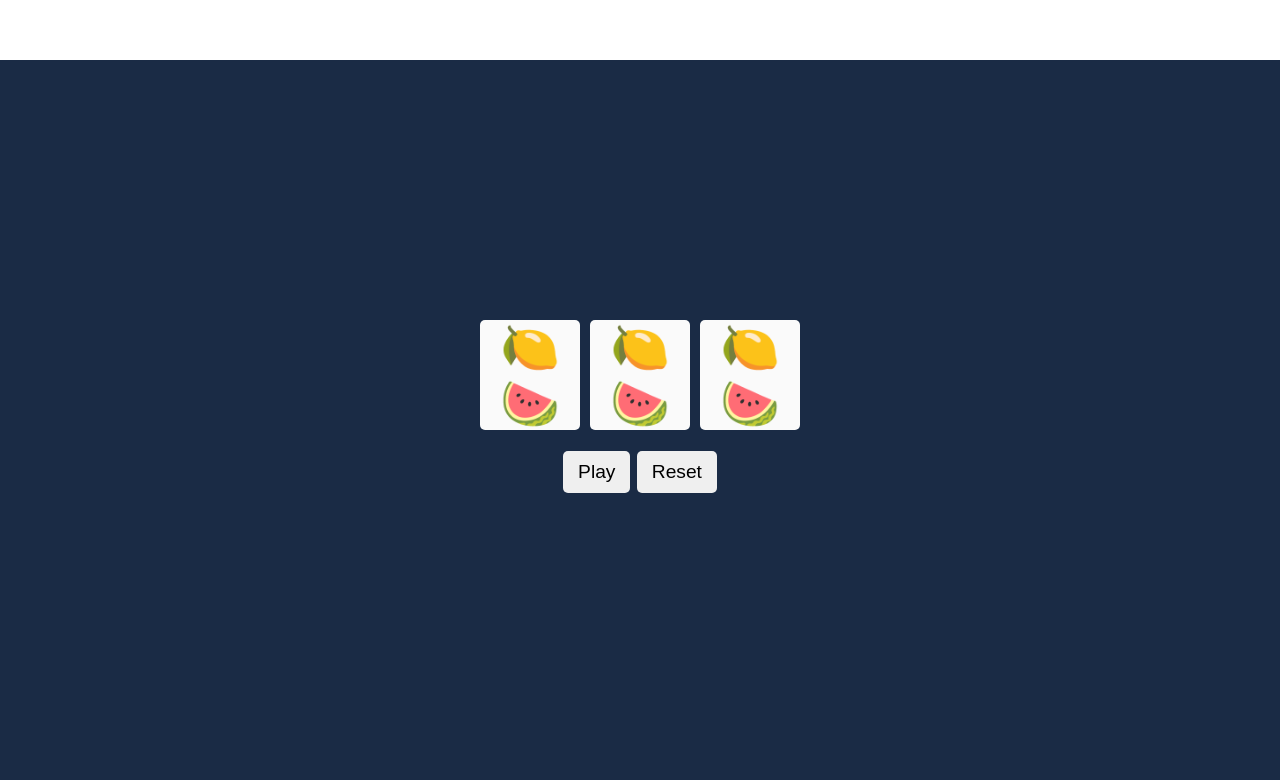
Repository: HERBOD7/slotmachine
Page: /
These files come from the project's save history. The page is drawn as it stood at one moment and after the next save; the edit follows.
The browser window is 1280 px wide. The pictures show the whole page.
The project was rebuilt for these pictures with package versions that can differ from the ones it lists, and the page was loaded fresh each time. Also part of the build but not shown: vue.config.js.

Above is the page before, as saved 2023-07-21 15:42:57.

### src/App.vue
<template>
  <div id="app">
    <div class="doors">
      <div class="door" v-for="i in 3" :key="i">
        <!-- <transition
          v-on:enter="enter"
          v-on:leave="leave"
        > -->
        <div class="boxes">
          <div class="box" v-for="(symbol, index) in symbols" :key="index">
            {{ symbol }}
          </div>
        </div>
        <!-- </transition> -->
      </div>
    </div>

    <div class="buttons">
      <button @click="spin" id="spinner">Play</button>
      <button @click="init" id="reseter">Reset</button>
    </div>
  </div>
</template>

<script>
// import HelloWorld from "./components/HelloWorld.vue";

export default {
  name: "App",
  components: {
    // HelloWorld,
  },
  data() {
    return {
      symbols: ["🍋", "🍉", "🍒", "🍊"],
      transitionstart: false,
      transitionend: false,
    };
  },
  created() {
    this.init();
  },
  methods: {
    init(firstInit = true, groups = 1, duration = 1) {
      const doors = document.querySelectorAll(".door");
      for (const door of doors) {
        if (firstInit) {
          door.dataset.spinned = "0";
        } else if (door.dataset.spinned === "1") {
          return;
        }

        const boxes = door.querySelector(".boxes");
        const boxesClone = boxes.cloneNode(false);
        const pool = ["❓"];

        if (!firstInit) {
          const arr = [];
          for (let n = 0; n < (groups > 0 ? groups : 1); n++) {
            arr.push(...this.symbols);
          }
          pool.push(...this.shuffle(arr));

          boxesClone.addEventListener(
            "transitionstart",
            function () {
              door.dataset.spinned = "1";
              this.querySelectorAll(".box").forEach((box) => {
                box.style.filter = "blur(1px)";
              });
            },
            { once: true }
          );

          boxesClone.addEventListener(
            "transitionend",
            function () {
              this.querySelectorAll(".box").forEach((box) => {
                box.style.filter = "blur(0)";
                // if (index > 0) this.removeChild(box);
              });
            },
            { once: true }
          );
        }

        for (let i = pool.length - 1; i >= 0; i--) {
          const box = document.createElement("div");
          box.classList.add("box");
          box.style.width = door.clientWidth + "px";
          box.style.height = door.clientHeight + "px";
          box.textContent = pool[i];
          boxesClone.appendChild(box);
        }
        boxesClone.style.transitionDuration = `${duration > 0 ? duration : 1}s`;
        boxesClone.style.transform = `translateY(-${
          door.clientHeight * (pool.length - 1)
        }px)`;
        door.replaceChild(boxesClone, boxes);
      }
    },
    enterTransition() {
      this.transitionstart = true;
    },
    async spin() {
      this.init(false, 1, 2);
      const doors = document.querySelectorAll(".door");
      for (const door of doors) {
        const boxes = door.querySelector(".boxes");
        const duration = parseInt(boxes.style.transitionDuration);
        boxes.style.transform = "translateY(0)";
        await new Promise((resolve) => setTimeout(resolve, duration * 100));
      }
    },
    shuffle([...arr]) {
      let m = arr.length;
      while (m) {
        const i = Math.floor(Math.random() * m--);
        [arr[m], arr[i]] = [arr[i], arr[m]];
      }
      return arr;
    },
  },
};
</script>

<style>
#app {
  font-family: Avenir, Helvetica, Arial, sans-serif;
  -webkit-font-smoothing: antialiased;
  -moz-osx-font-smoothing: grayscale;
  text-align: center;
  color: #2c3e50;
  margin-top: 60px;
}

body {
  width: 100vw;
  height: 100vh;
  margin: 0;
  padding: 0;
}

#app {
  width: 100%;
  height: 100%;
  background: #1a2b45;
  display: flex;
  flex-direction: column;
  justify-content: center;
  align-items: center;
}

.doors {
  display: flex;
}

.door {
  background: #fafafa;
  width: 100px;
  height: 110px;
  overflow: hidden;
  border-radius: 5px;
  margin: 5px;
}

.boxes {
  transform: translateY(0);
  transition: transform 1s ease-in-out;
}

.box {
  display: flex;
  justify-content: center;
  align-items: center;
  font-size: 3rem;
}

.buttons {
  margin: 1rem 0 2rem 0;
}

button {
  cursor: pointer;
  font-size: 1.2rem;
  margin: 0 0.2rem;
  border: none;
  border-radius: 5px;
  padding: 10px 15px;
}

.info {
  position: fixed;
  bottom: 0;
  width: 100%;
  text-align: center;
}
</style>

Loaded but not shown: public/index.html (common file); src/main.js (common file)

After the next save:
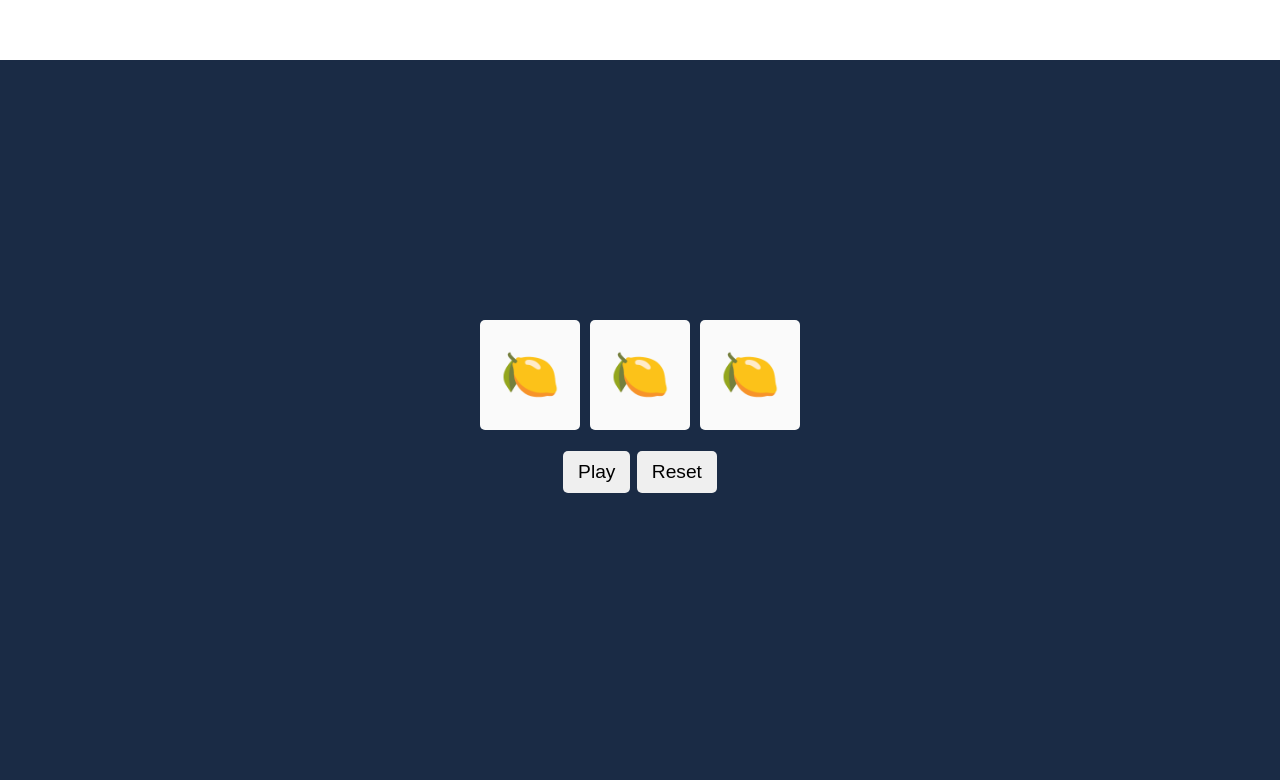
Saved 70 s later.
--- a/src/App.vue
+++ b/src/App.vue
@@ -174,6 +174,8 @@ body {
   justify-content: center;
   align-items: center;
   font-size: 3rem;
+  height: 110px;
+  width: 100px;
 }
 
 .buttons {
